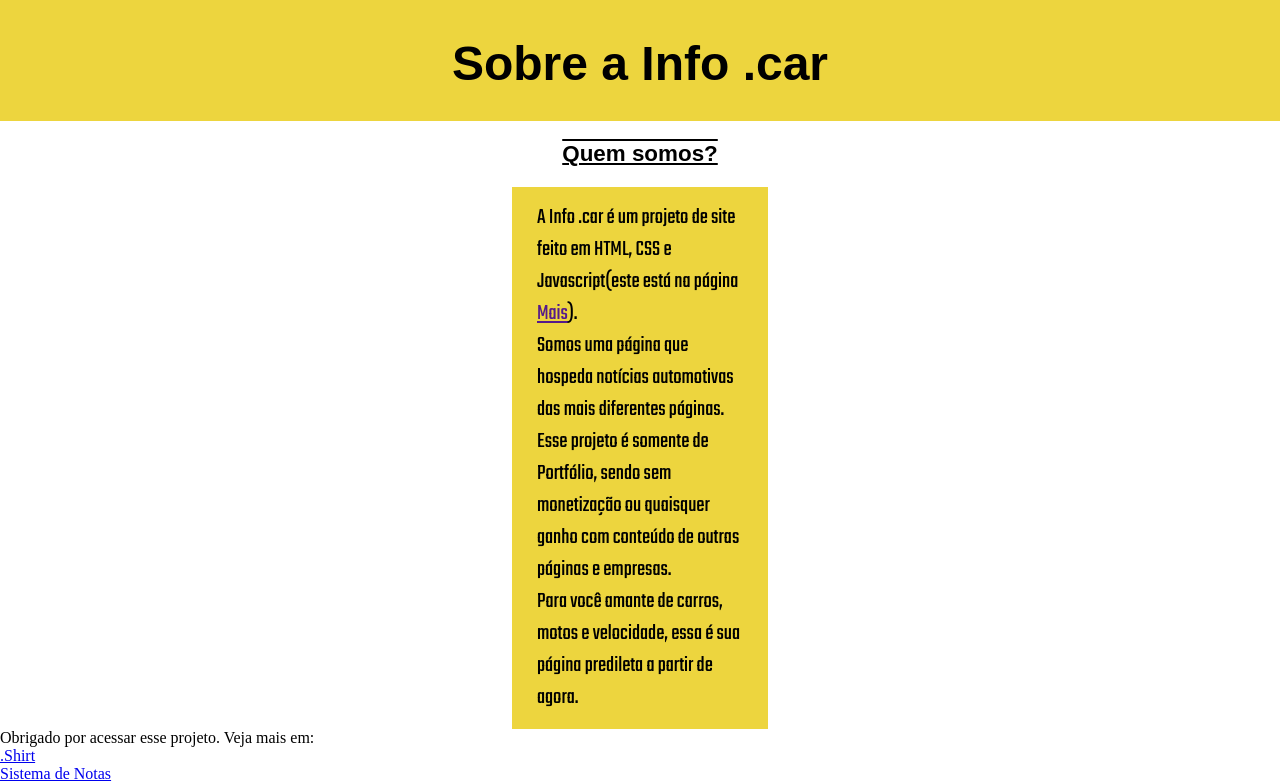
Repository: Leonngc/projeto-info.car
Page: sobre.html
These files come from the project's save history. The page is drawn as it stood at one moment and after a run of saves; the edit follows.
The browser window is 1280 px wide. The pictures show the whole page.
Some web fonts or font styles are not loaded; a fallback is used.

Above is the page before, as saved 2022-11-05 15:31:18.

### sobre.html
<!DOCTYPE html>
<html lang="pt-br">
<head>
    <meta charset="UTF-8">
    <meta http-equiv="X-UA-Compatible" content="IE=edge">
    <meta name="viewport" content="width=device-width, initial-scale=1.0">
    <link rel="stylesheet" href="sobre.css">
    <title>Sobre nós</title>
</head>
<body>
    <header>
        <h1>Sobre a Info .car</h1>
    </header>

    <main>
        <article>
            <h1>Quem somos?</h1>
            <p>
                A Info .car é um projeto de site feito em HTML, CSS e Javascript(este está na página <a href="">Mais</a>).  <br>
                Somos uma página que hospeda notícias automotivas das mais diferentes páginas. Esse projeto é somente de Portfólio, sendo sem monetização ou quaisquer ganho com conteúdo de outras páginas e empresas.
                <br>
                Para você amante de carros, motos e velocidade, essa é sua página predileta a partir de agora. <br>
            </p>
        </article>
    </main>

        <footer>
            <p>Obrigado por acessar esse projeto. Veja mais em: <br>
            <a href="https://leonngc.github.io/projeto-shirt/" target="_blank">.Shirt</a>
            <br>
            <a href="https://leonngc.github.io/sistema-de-notas/" target="_blank">Sistema de Notas</a>
            </p>
        </footer>
</body>
</html>

### sobre.css
@charset "UTF 8";
@import url('https://fonts.googleapis.com/css2?family=Michroma&display=swap');
@import url('https://fonts.googleapis.com/css2?family=Teko&display=swap');
@import url('https://fonts.googleapis.com/css2?family=Ramabhadra&display=swap');

:root{
    --font-title: 'Ramabhadra', sans-serif;
    --font-text: 'Teko', sans-serif;
}

*{
    margin: 0;
    padding: 0;
}

header{
    background-color: #edd53e;
    color: black;
    padding: 30px;
    padding-top: 5vh;
    min-width: 2em;
    font-size: 1.5em;
    text-align: center;
    font-family: var(--font-title);
}

article > h1{
    font-family: var(--font-title);
    font-size: 1.4em;
    text-align: center;
    text-decoration: overline underline;
    margin-top: 20px;
    margin-bottom: 20px;
}

article > p{
   font-family: var(--font-text);
   font-size: 1.4em;
   margin-left: 40vw;
   margin-right: 40vw;
   padding: 15px 25px;
   background-color: #edd53e;
}

After the next 3 saves:
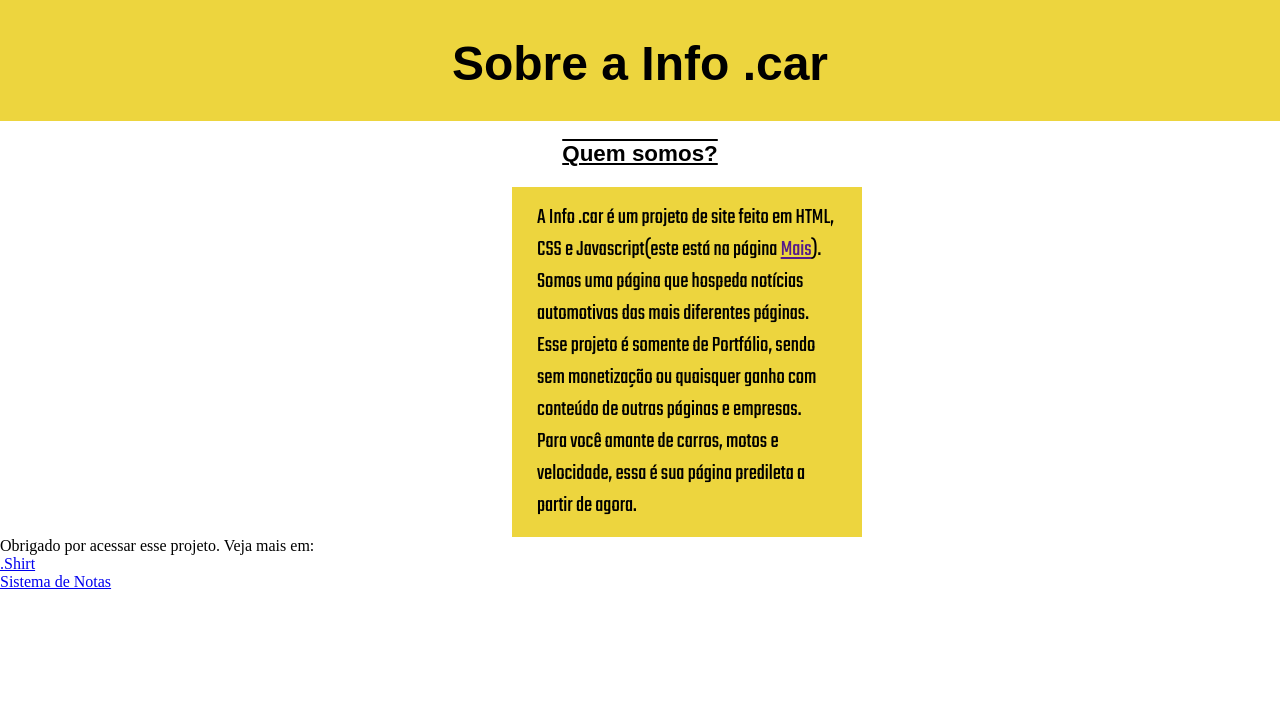
The 3 saves are shown as one change because they came seconds apart.
The last was saved 51 s later.
--- a/sobre.css
+++ b/sobre.css
@@ -38,6 +38,8 @@ article > p{
    font-size: 1.4em;
    margin-left: 40vw;
    margin-right: 40vw;
+   min-width: 300px;
+   min-height: 300px;
    padding: 15px 25px;
    background-color: #edd53e;
 }
